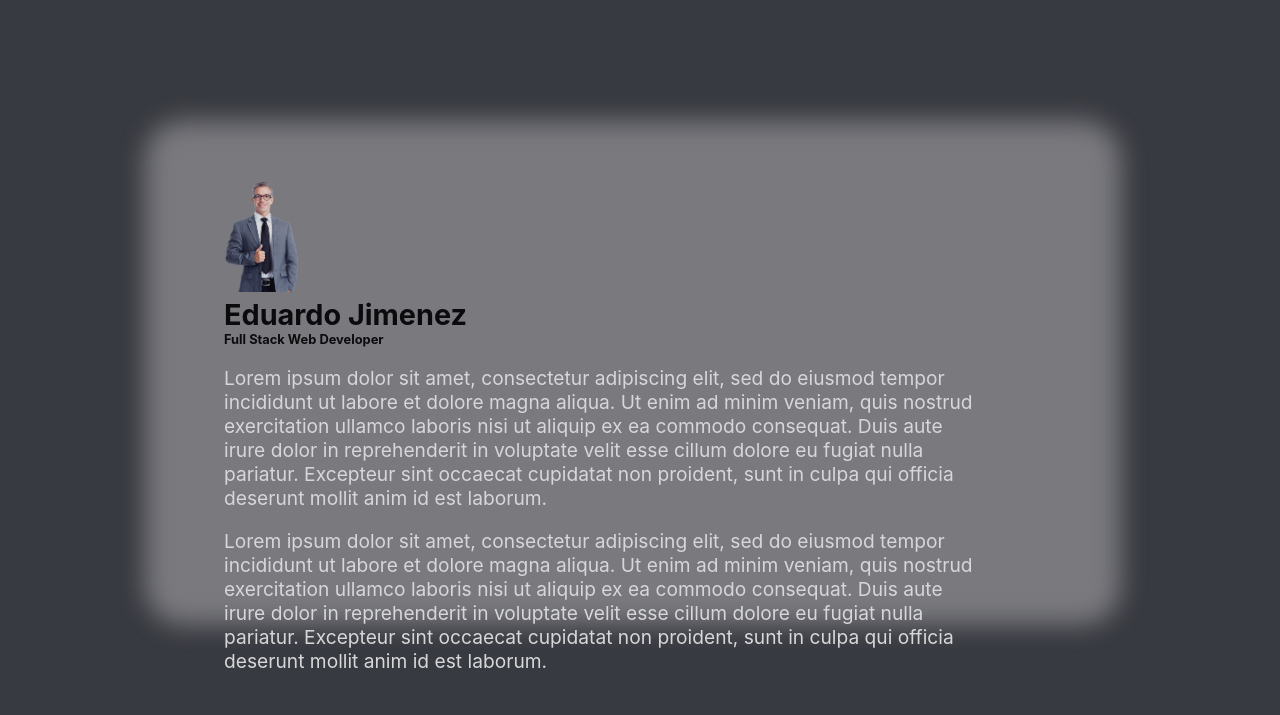
Repository: l8nightswithJS/react-my-portfolio
Page: /
An editor plug-in stored every save of this project. The page is shown before and after the next save, followed by the edit.
The browser window is 1280 px wide. The pictures show the whole page.
The project was rebuilt for these pictures with package versions that can differ from the ones it lists, and the page was loaded fresh each time.

Above is the page before, as saved 2021-04-29 13:18:38.

### src/App.js
import SplashPage from './pages/splashPage';

function App() {
  return (
    <SplashPage />
  );
}

export default App;

### src/pages/splashPage.js
import '../App.css';
import img from "../images/businessman.png"

function SplashPage() {
    return (
        <div className="App">
            <header className="App-header">
                <section>
                    <div>
                        <img src={img} alt="buisness man img"/>
                        <h1>Eduardo Jimenez</h1>
                        <h6>Full Stack Web Developer</h6>
                        <p>Lorem ipsum dolor sit amet, consectetur adipiscing elit, sed do eiusmod tempor incididunt ut labore et dolore magna aliqua. Ut enim ad minim veniam, quis nostrud exercitation ullamco laboris nisi ut aliquip ex ea commodo consequat. Duis aute irure dolor in reprehenderit in voluptate velit esse cillum dolore eu fugiat nulla pariatur. Excepteur sint occaecat cupidatat non proident, sunt in culpa qui officia deserunt mollit anim id est laborum.</p>

                        <p>Lorem ipsum dolor sit amet, consectetur adipiscing elit, sed do eiusmod tempor incididunt ut labore et dolore magna aliqua. Ut enim ad minim veniam, quis nostrud exercitation ullamco laboris nisi ut aliquip ex ea commodo consequat. Duis aute irure dolor in reprehenderit in voluptate velit esse cillum dolore eu fugiat nulla pariatur. Excepteur sint occaecat cupidatat non proident, sunt in culpa qui officia deserunt mollit anim id est laborum.</p>

                    </div>
                </section>
            </header>
        </div>
    );
}

export default SplashPage;

### src/App.css
.App {
  height: 100vh;
  width: 100%;
  background-color: rgb(56, 58, 65);
}

section {
  position: fixed;
  top: 0;
  bottom: 0;
  left: 0;
  right: 0;
  background-color: rgb(139, 138, 142);
  height: 50vh;
  width: 65vw;
  margin: auto;
  font-size: 1.2em;
  color: white;
  box-shadow: -1vh 1vw 2vw 10vh rgb(139, 138, 142);
  opacity: .8;
  border-radius: 1.5vh;
}

section div {
  max-width: 90%;
  max-height: 90%;
}

section div h1 {
  color: black;
  margin: 0;
}

h6 {
  color: black;
  margin: 0;
}

section div img {
  width: 10%;
  height: 12%;
}

Loaded but not shown: public/index.html (common file); src/index.js (common file); src/index.css (common file); src/reportWebVitals.js (common file)

After the next save:
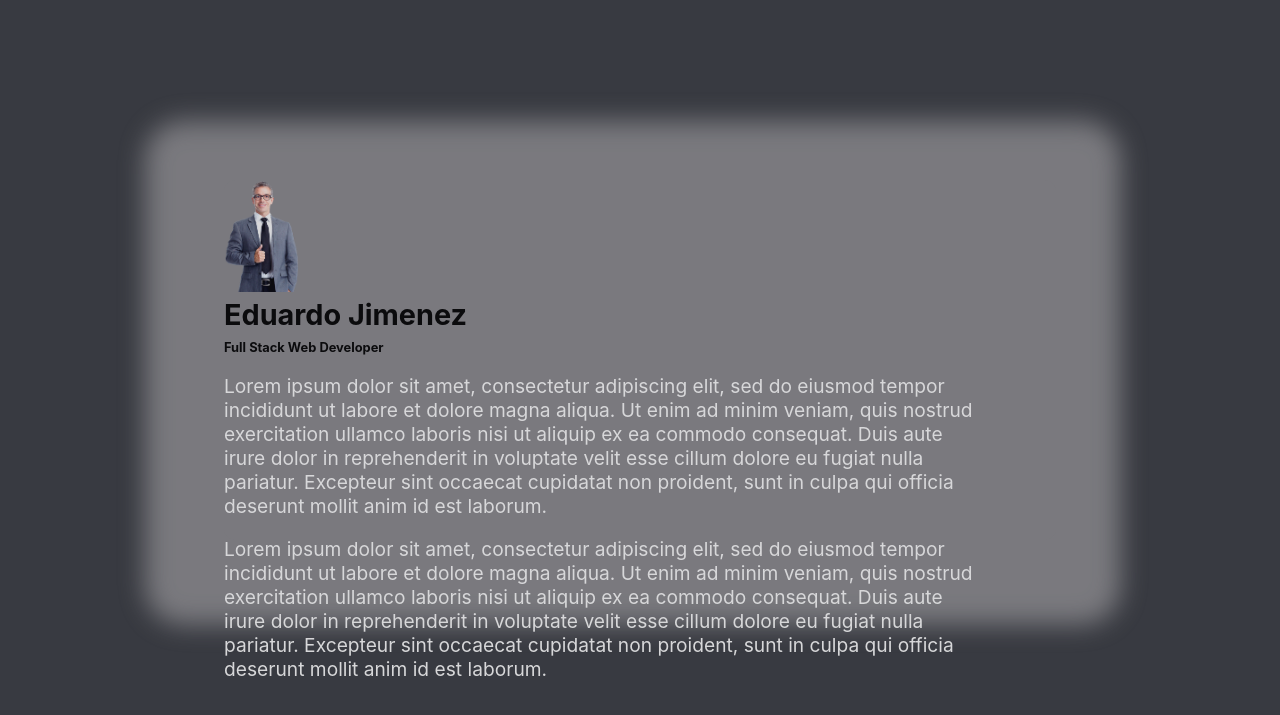
Saved 32 s later.
--- a/src/App.css
+++ b/src/App.css
@@ -34,6 +34,7 @@ section div h1 {
 h6 {
   color: black;
   margin: 0;
+  padding-top: 1%;
 }
 
 section div img {
